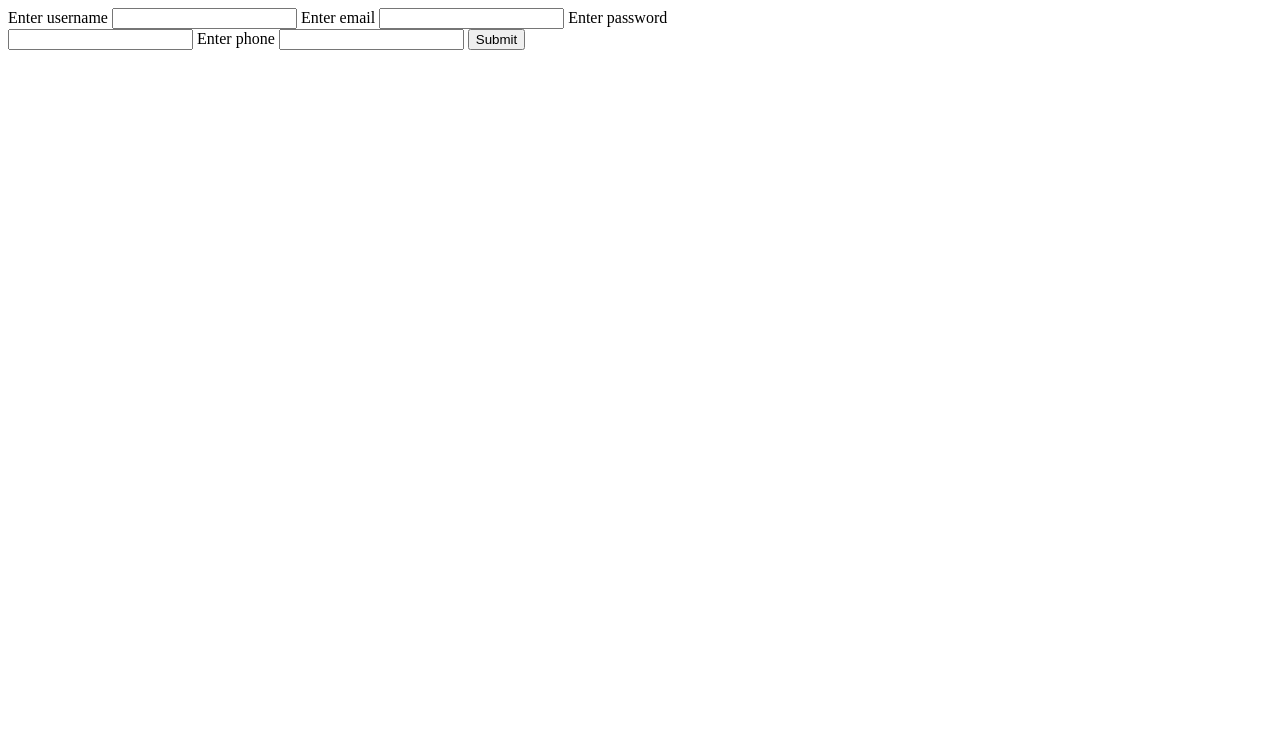
Repository: nikhilsinghp/J2EE_Programs
Page: Demo_servlet/src/main/webapp/save.html
An editor plug-in stored every save of this project. The page is shown before and after the next save, followed by the edit.
The browser window is 1280 px wide. The pictures show the whole page.

Above is the page before, as saved 2025-11-25 06:22:27.

### Demo_servlet/src/main/webapp/save.html
<!DOCTYPE html>
<html>
<head>
<meta charset="UTF-8">
<title>Insert title here</title>

<style type="text/css">
body{
height:100vh;
width:100vh
}
</style>
</head>
<body>
<div>

<form action="save">

<label>Enter username</label>
<input type="text" name="username">

<label>Enter email</label>
<input type="email" name="email">

<label>Enter password</label>
<input type="password" name="password">

<label>Enter phone</label>
<input type="tel" name="phone">

<input type="submit">
</form>
</div>

</body>
</html>

After the next save:
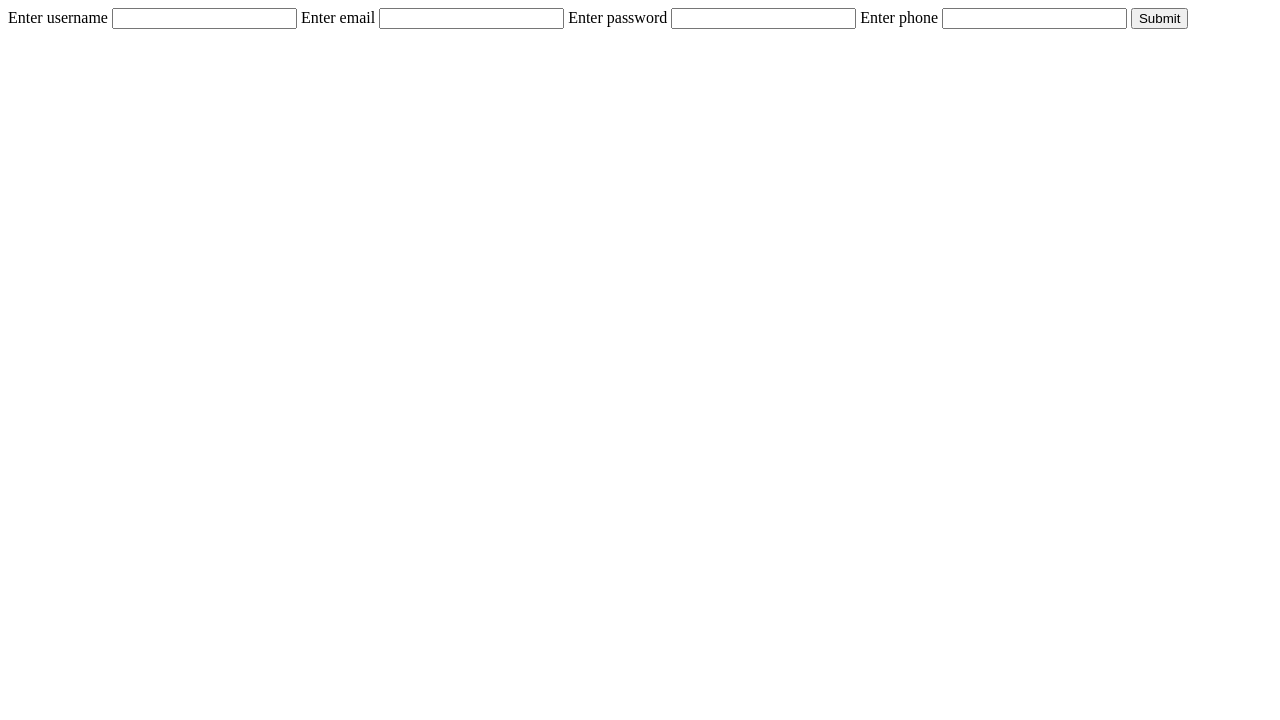
Saved 8 s later.
--- a/Demo_servlet/src/main/webapp/save.html
+++ b/Demo_servlet/src/main/webapp/save.html
@@ -3,13 +3,6 @@
 <head>
 <meta charset="UTF-8">
 <title>Insert title here</title>
-
-<style type="text/css">
-body{
-height:100vh;
-width:100vh
-}
-</style>
 </head>
 <body>
 <div>
